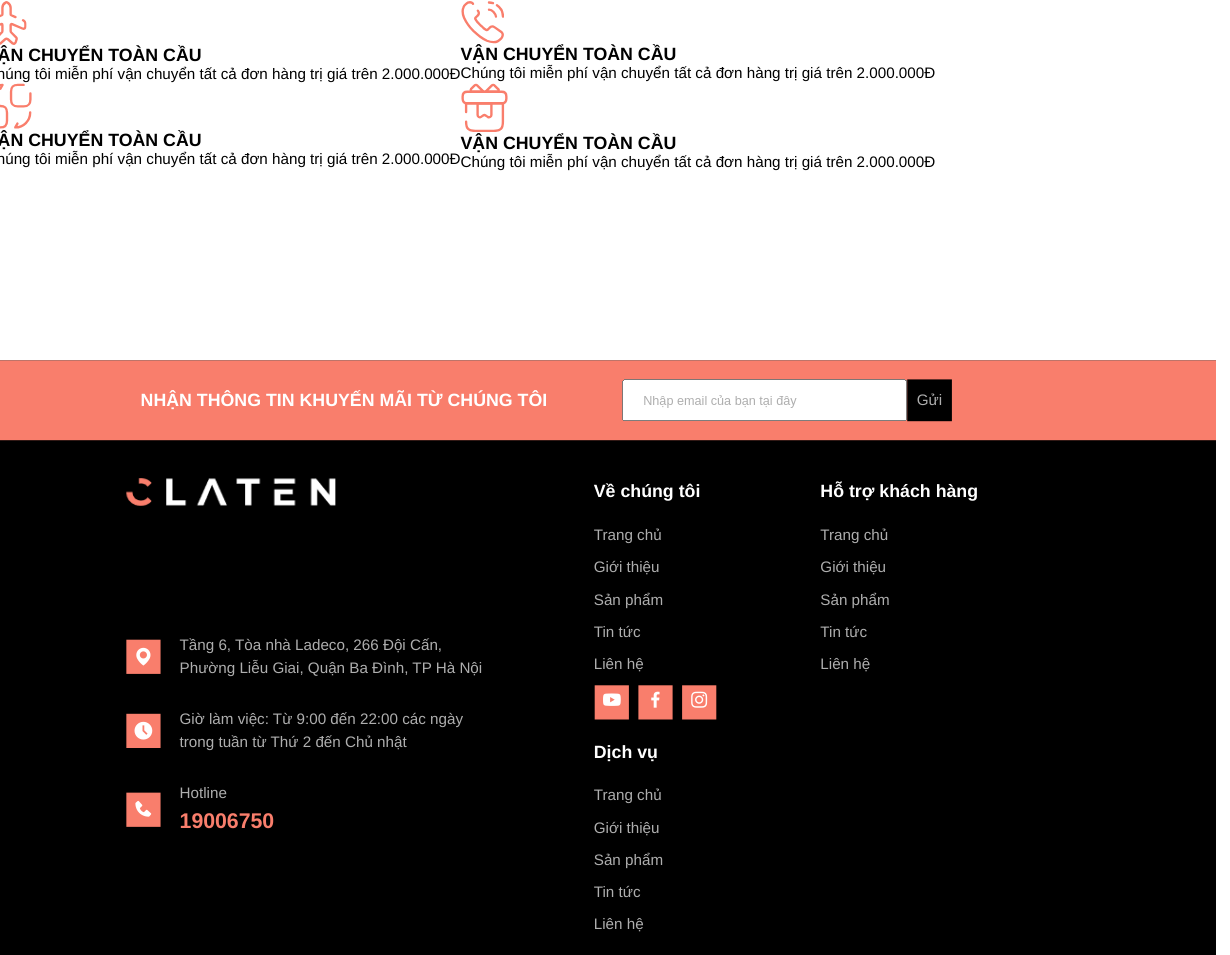
Repository: RennoPMXK/doan
Page: index.html
These files come from the project's save history. The page is drawn as it stood at one moment and after the next save; the edit follows.
The browser window is 1280 px wide. The page is 1295 px wide, so the pictures cover 1295 px, including what lies to the right of the window. The pictures show the part of the page from y = 573 to 1578 px (the page is 1578 px tall), at 95% of full size.

Above is the page before, as saved 2021-11-16 19:49:59.

After the next save:
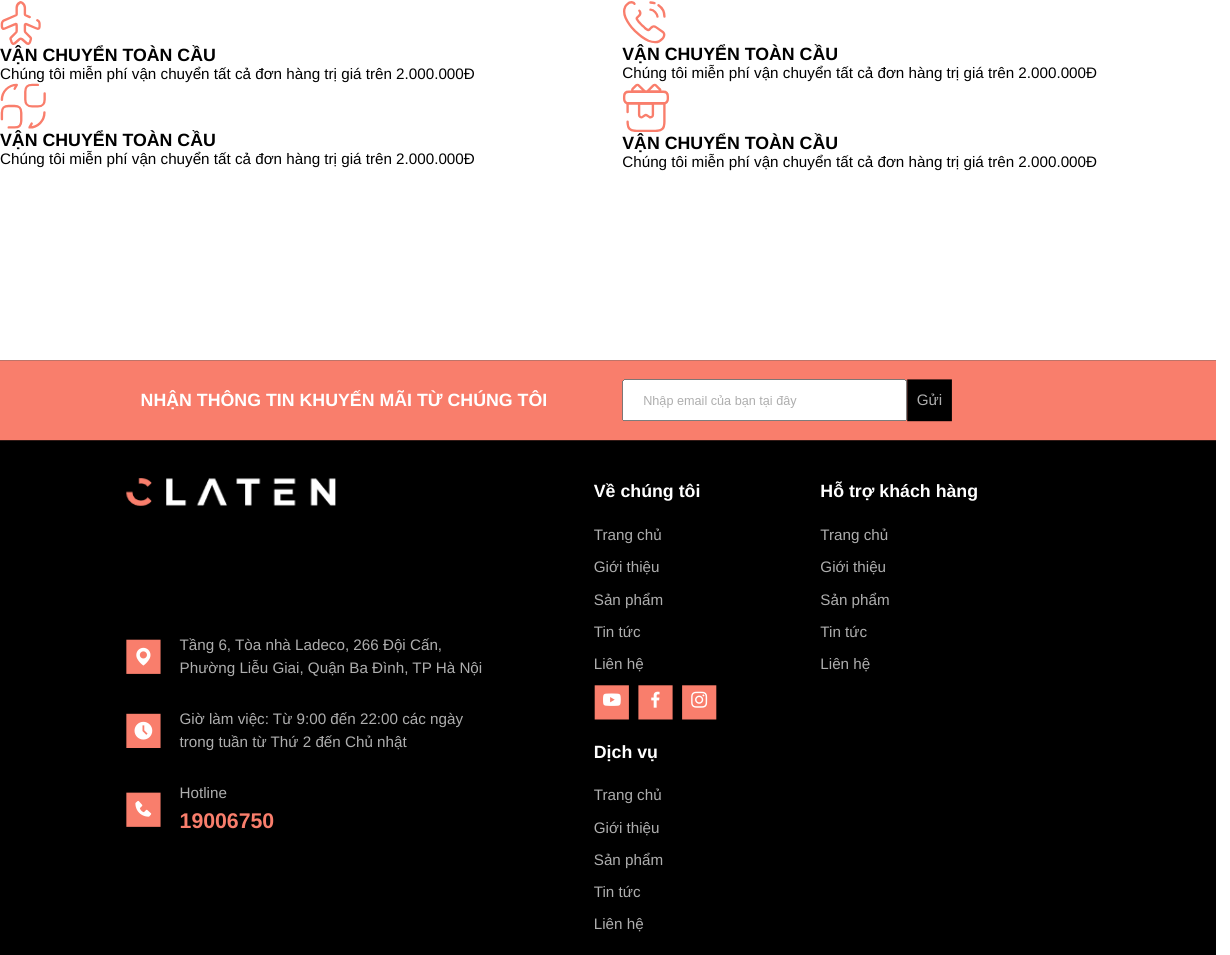
Saved 74 s later.
--- a/index.html
+++ b/index.html
@@ -114,25 +114,25 @@
     </section>
 
     <section class="hero-section-mini row">
-         <div class="hero-section-mini-item">
+         <div class="hero-section-mini-item col-3 col-md-6 col-sm-6">
              <img src="./img/icon_service_1.svg" alt="">
               <h3>VẬN CHUYỂN TOÀN CẦU</h3>
               <p>Chúng tôi miễn phí vận chuyển tất cả đơn hàng trị giá trên 2.000.000Đ</p>
          </div>
 
-         <div class="hero-section-mini-item">
+         <div class="hero-section-mini-item col-3 col-md-6 col-sm-6">
             <img src="./img/icon_service_2.svg" alt="">
              <h3>VẬN CHUYỂN TOÀN CẦU</h3>
              <p>Chúng tôi miễn phí vận chuyển tất cả đơn hàng trị giá trên 2.000.000Đ</p>
         </div>
 
-        <div class="hero-section-mini-item">
+        <div class="hero-section-mini-item col-3 col-md-6 col-sm-6">
             <img src="./img/icon_service_3.svg" alt="">
              <h3>VẬN CHUYỂN TOÀN CẦU</h3>
              <p>Chúng tôi miễn phí vận chuyển tất cả đơn hàng trị giá trên 2.000.000Đ</p>
         </div>
 
-        <div class="hero-section-mini-item">
+        <div class="hero-section-mini-item col-3 col-md-6 col-sm-6">
             <img src="./img/icon_service_4.svg" alt="">
              <h3>VẬN CHUYỂN TOÀN CẦU</h3>
              <p>Chúng tôi miễn phí vận chuyển tất cả đơn hàng trị giá trên 2.000.000Đ</p>
